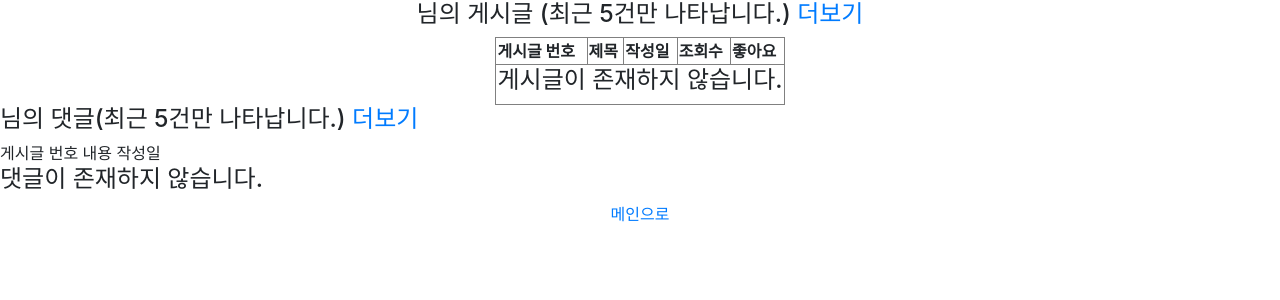
Repository: KimHeonSeung/TJE_Servlet_JSP
Page: http://localhost/kimheonseung/WEB-INF/forms/my_articles.jsp
These files come from the project's save history. The page is drawn as it stood at one moment and after the next save; the edit follows.
The browser window is 1280 px wide. The pictures show the whole page.
The page is served by Tomcat 9. Nobody is signed in. Other server files are loaded and not shown. The template is opened directly, without the code that normally fills it, so the values that code supplies are empty.

Above is the page before, as saved 2019-06-26 08:54:28.
Console error: TypeError: Cannot read properties of undefined (reading 'fn')

### sources/kimheonseung/WebContent/WEB-INF/forms/my_articles.jsp
<%@ page language="java" contentType="text/html; charset=UTF-8"
    pageEncoding="UTF-8"%>
<%@ taglib prefix="c" uri="http://java.sun.com/jsp/jstl/core" %>
<!DOCTYPE html>
<html>
<head>
<meta charset="UTF-8">
<meta name="viewport" content="width=device-width, initial-scale=1, shrink-to-fit=no">
<link rel="stylesheet" href="https://stackpath.bootstrapcdn.com/bootstrap/4.3.1/css/bootstrap.min.css" integrity="sha384-ggOyR0iXCbMQv3Xipma34MD+dH/1fQ784/j6cY/iJTQUOhcWr7x9JvoRxT2MZw1T" crossorigin="anonymous">
<title>게시판</title>
</head>
<body>


	<h4 align="center">${ login_user.user_id } 님의 게시글 (최근 5건만 나타납니다.) <a href="<%= request.getContextPath() %>/my_detail_article.khs?user_id=${ login_user.user_id }">더보기</a></h4>
<table border=1 style="margin-left: auto; margin-right: auto;">
			<tr>
				<th>게시글 번호</th>
				<th>제목</th>
				<th>작성일</th>
				<th>조회수</th>
				<th>좋아요</th>
			</tr>

			<c:if test="${ empty articleList }" var="r">
			<tr>
				<th colspan="5"><h4>게시글이 존재하지 않습니다.</h4></th>
			</tr>
			</c:if>
			<c:if test="${ not r }">
				<c:forEach items="${ articleList }" var="article">
				<tr>
					<th>${ article.article_num }</th>
					<th><a href='<%= request.getContextPath() %>/detail_board.khs?article_num=${ article.article_num }'>
							${ article.article_title }
							[<c:forEach var="comment" items="${ articleNumAndCommentUserMap }">
								<c:if test="${ article.article_num eq comment.key }">
									${ comment.value }
								</c:if>
							</c:forEach>]
							</a></th>
					<th>${ article.write_date }</th>
					<th>${ article.read_count }</th>
					<th>${ article.like_count }</th>
				</tr>
				</c:forEach>
			</c:if>

</table>





<h4>${ login_user.user_id } 님의 댓글(최근 5건만 나타납니다.) <a href="<%= request.getContextPath() %>/my_detail_comment.khs?user_id=${ login_user.user_id }">더보기</a></h4>
			<tr>
				<th>게시글 번호</th>
				<th>내용</th>
				<th>작성일</th>
			</tr>

			<c:if test="${ empty commentMyList }" var="r">
			<tr>
				<th colspan="5"><h4>댓글이 존재하지 않습니다.</h4></th>
			</tr>
			</c:if>
			<c:if test="${ not r }">
				<c:forEach items="${ commentMyList }" var="comment">
				<tr>
					<th>${ comment.article_num }</th>
					<th><a href='<%= request.getContextPath() %>/detail_board.khs?article_num=${ comment.article_num }'>
							${ comment.content }
							</a></th>
					<th>${ comment.write_time }</th>
				</tr>
				</c:forEach>
			</c:if>

</table>


<p align="center"><a href="<%= request.getContextPath() %>/main.khs">메인으로</a></p>


<script src="https://cdnjs.cloudflare.com/ajax/libs/popper.js/1.14.7/umd/popper.min.js" integrity="sha384-UO2eT0CpHqdSJQ6hJty5KVphtPhzWj9WO1clHTMGa3JDZwrnQq4sF86dIHNDz0W1" crossorigin="anonymous"></script>
<script src="https://stackpath.bootstrapcdn.com/bootstrap/4.3.1/js/bootstrap.min.js" integrity="sha384-JjSmVgyd0p3pXB1rRibZUAYoIIy6OrQ6VrjIEaFf/nJGzIxFDsf4x0xIM+B07jRM" crossorigin="anonymous"></script>
</body>
</html>

After the next save:
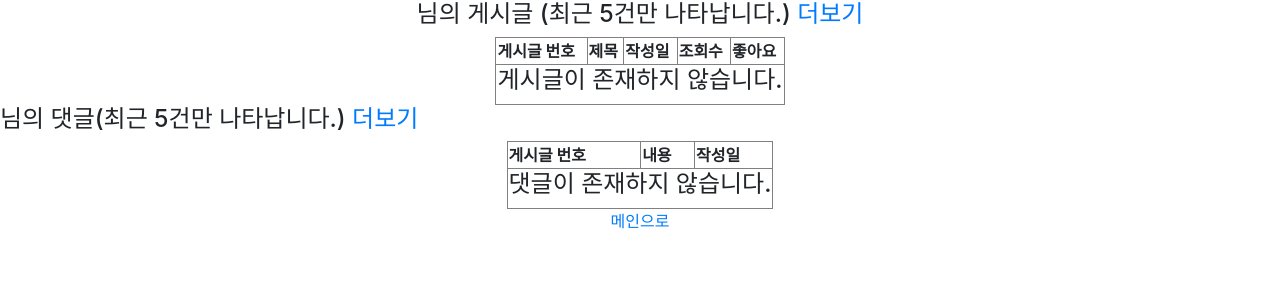
Saved 43 s later.
--- a/sources/kimheonseung/WebContent/WEB-INF/forms/my_articles.jsp
+++ b/sources/kimheonseung/WebContent/WEB-INF/forms/my_articles.jsp
@@ -53,6 +53,7 @@
 
 
 <h4>${ login_user.user_id } 님의 댓글(최근 5건만 나타납니다.) <a href="<%= request.getContextPath() %>/my_detail_comment.khs?user_id=${ login_user.user_id }">더보기</a></h4>
+<table border=1 style="margin-left: auto; margin-right: auto;">
 			<tr>
 				<th>게시글 번호</th>
 				<th>내용</th>
